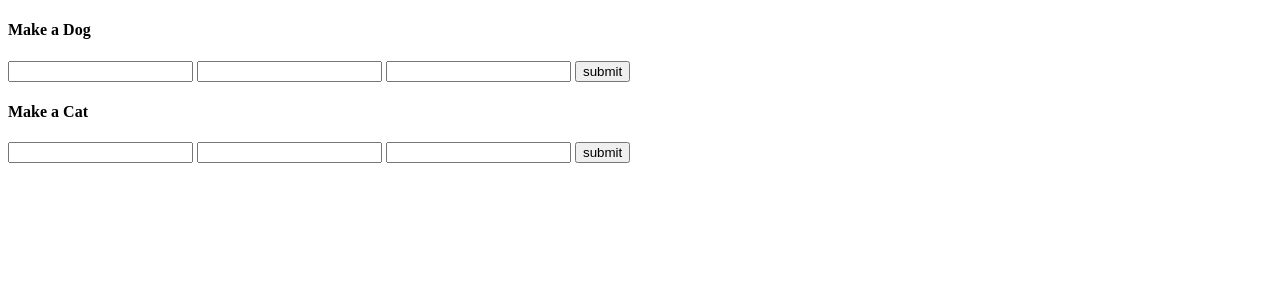
Repository: KMA91/DojoAssignments
Page: http://localhost/Pet/
These files come from the project's save history. The page is drawn as it stood at one moment and after the next save; the edit follows.
The browser window is 1280 px wide. The pictures show the whole page.
The page is served by Tomcat 9.

Above is the page before, as saved 2017-07-11 22:44:28.

After the next save:
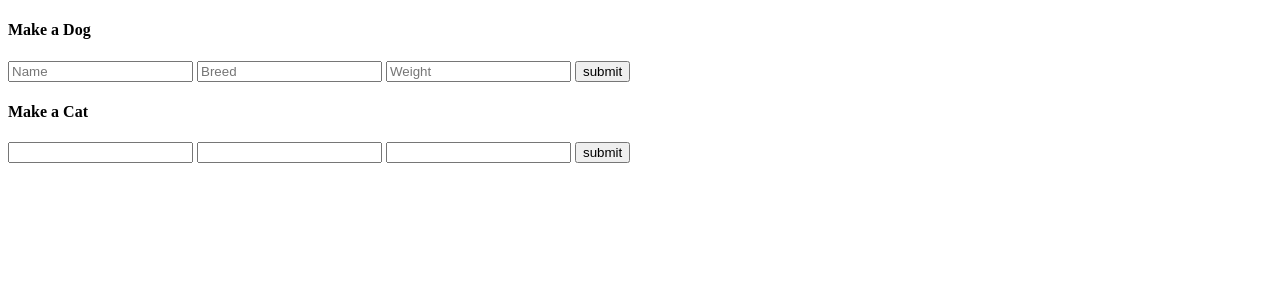
Saved 70 s later.
--- a/Java/JavaWork/Pet/WebContent/pet.jsp
+++ b/Java/JavaWork/Pet/WebContent/pet.jsp
@@ -10,9 +10,9 @@
 <body>
 <h4>Make a Dog</h4>
 	<form class="" action="dog" method="post">
-  		<input type="text" name="">
-  		<input type="text" name="">
-  		<input type="text" name="">
+  		<input type="text" name="name" placeholder="Name">
+  		<input type="text" name="breed" placeholder="Breed">
+  		<input type="text" name="weight" placeholder="Weight">
   		<input type="submit" value="submit">
 	</form>
 
